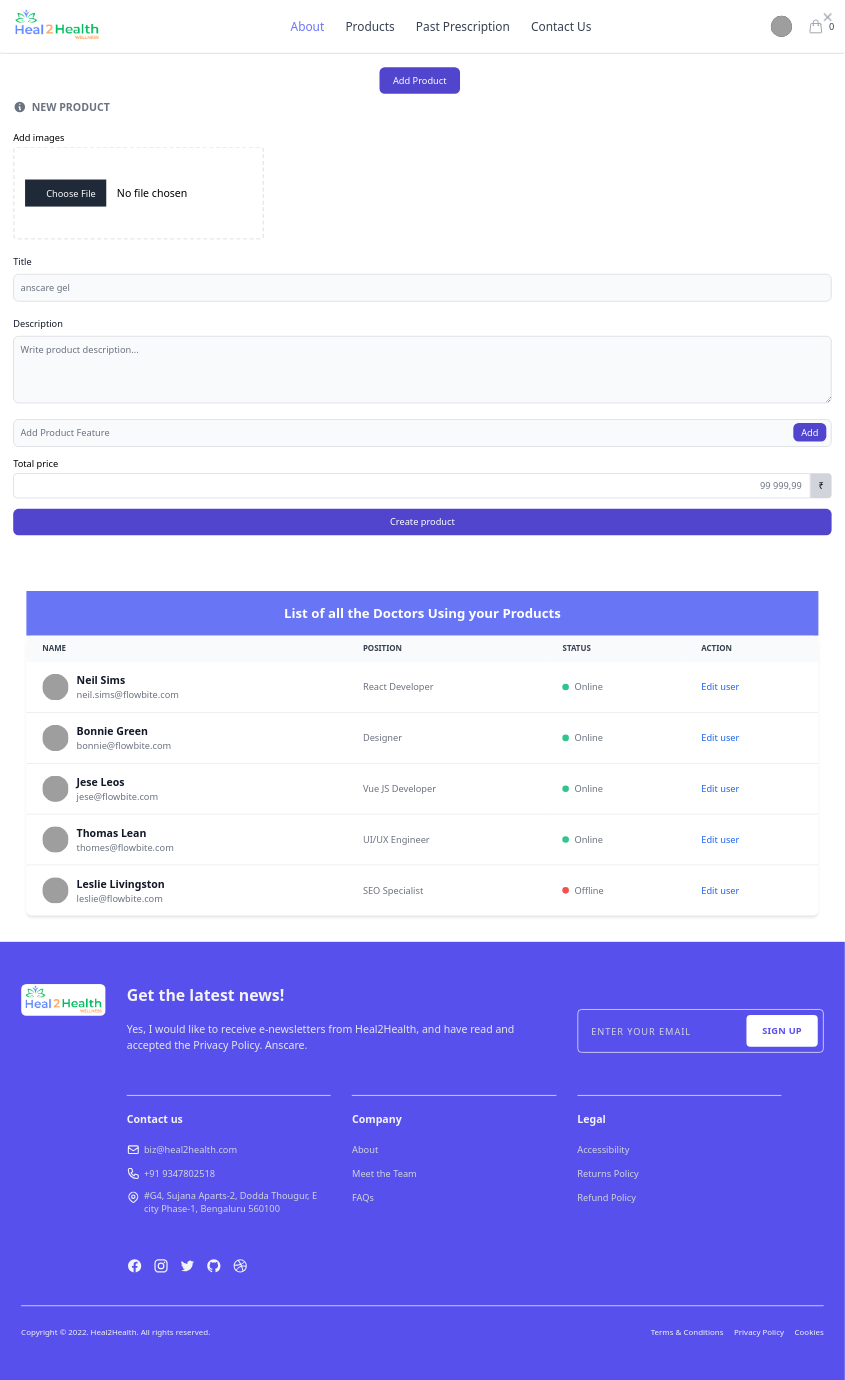
Repository: Akash123-coder/H2H
Page: /dealer (app in Frontend/)
The author's editor kept a copy of each file at every save. The page is drawn from the files as they stood at one save, then again after the next save.
The browser window is 1280 px wide. The pictures show the whole page, at 66% of full size.
Pictures or frames that could not be fetched are drawn as grey boxes. The project was rebuilt for these pictures with package versions that can differ from the ones it lists, and the page was loaded fresh each time. Also part of the build but not shown: Frontend/vite.config.ts, Frontend/src/pages/About.tsx, Frontend/src/components/Cta.jsx, Frontend/src/pages/Home.jsx, Frontend/src/components/Product.tsx, Frontend/src/components/Select.jsx, Frontend/src/components/CompanySelect.jsx, Frontend/src/pages/Prescription.jsx and 7 more.

Above is the page before, as saved 2022-10-12 17:23:08.

### Frontend/index.html
<!DOCTYPE html>
<html lang="en">
  <head>
    <meta charset="UTF-8" />
    <link rel="icon" type="image/svg+xml" href="/vite.svg" />
    <meta name="viewport" content="width=device-width, initial-scale=1.0" />
    <title>Heal2Health</title>
  </head>
  <body>
    <div id="root"></div>
    <script type="module" src="/src/main.tsx"></script>
  </body>
</html>

### Frontend/src/main.tsx
import React from 'react'
import ReactDOM from 'react-dom/client'
import App from './App'
import './index.css'
import {BrowserRouter} from 'react-router-dom'

ReactDOM.createRoot(document.getElementById('root') as HTMLElement).render(
  <React.StrictMode>
    <BrowserRouter>
    <App />
    </BrowserRouter>
  </React.StrictMode>
)

### Frontend/src/App.jsx
import { Routes, Route } from "react-router-dom";
import Navbar from "./components/Navbar.jsx";
import { ShoppingCartProvider } from "./context/ShoppingCartContext";
import About from "./pages/About";
import Home from "./pages/Home";
import Prescription from "./pages/Prescription";
import SignUp from "./pages/SignUp";
import Footer from "./components/Footer";
import Login from "./pages/Login";
import PastPrescription from "./pages/PastPrescription.jsx";

import ProductPage from "./pages/ProductPage.jsx";
import DealerPage from "./pages/DealerPage.jsx";

function App() {
  return (
    <ShoppingCartProvider>
      <Navbar />
      <Routes>
        <Route path="/" element={<Home />} />
        <Route path="/prescription" element={<Prescription />} />
        <Route path="/about" element={<About />} />
        <Route path="/login" element={<Login />} />
        <Route path="/SignUp" element={<SignUp />} />
        <Route path="/pastprescription" element={<PastPrescription />} />
        <Route path="/ProductPage" element={<ProductPage />} />
        <Route path="/dealer" element={<DealerPage />} />
        {/* <Route path="/SignUp" element={<CompanyNameSelect />} /> */}
      </Routes>
      <Footer />
    </ShoppingCartProvider>
  );
}

export default App;

### Frontend/src/context/ShoppingCartContext.tsx
import {useContext ,useState, createContext ,ReactNode} from 'react'

const ShoppingCartContext = createContext({})

type ShoppingCartProviderProps ={
    children: ReactNode
}
type CartItem = {
    id: number
    quantity:number
}


type ShoppingCartContext ={
    CartQuantity:number
    CartItems:CartItem[]
    getItemQuantity:(id: number) => number
    increaseItemQuantity:(id: number) => void
    decreaseItemQuantity:(id: number) => void
    removeFromCart:(id: number) => void
}

export function useShoppingCart() {
  return ( useContext(ShoppingCartContext)
  )
}

export function ShoppingCartProvider({children}:ShoppingCartProviderProps){
    const [cartItems ,setCartItems] = useState<CartItem>([]);

    const CartQuantity = cartItems.reduce(
        (quantity ,item) => item.quantity + quantity,0
    )

    function getItemQuantity(id : number){
        return cartItems.find( item => item.id === id)?.quantity || 0
    }
    function increaseItemQuantity(id : number){
         setCartItems(currItems =>{
            if(currItems.find(item => item.id === id)==null){
                return [...currItems, {id , quantity : 1}]

            } else {
                return currItems.map(item =>{
                    if(item.id === id ){
                        return {...item ,quantity: item.quantity + 1}
                    }else{
                        return item
                    }
                })
            }
         })
    }
    function decreaseItemQuantity(id: number) {
        setCartItems(currItems => {
          if (currItems.find(item => item.id === id)?.quantity === 1) {
            return currItems.filter(item => item.id !== id)
          } else {
            return currItems.map(item => {
              if (item.id === id) {
                return { ...item, quantity: item.quantity - 1 }
              } else {
                return item
              }
            })
          }
        })
      }
    function removeFromCart(id : number){
        setCartItems(currItems =>{
            return currItems.filter(item =>item.id!==id)
        })
    }
    return (

        <ShoppingCartContext.Provider value = {{getItemQuantity,increaseItemQuantity,decreaseItemQuantity ,removeFromCart,cartItems,CartQuantity}}>
            {children}
        </ShoppingCartContext.Provider>
    )
}

### Frontend/src/pages/DealerPage.jsx
import React from 'react'
import DealerAddProduct from '../components/DealerAddProduct'
import List from '../components/List'

function DealerPage() {
  return (
    <div>
      <div className="p-5 w-full flex ">
        <div className="flex-1">
          <DealerAddProduct />
        </div>
      </div>
      <div className="p-10 ">
        <List />
      </div>
    </div>
  );
}

export default DealerPage

### Frontend/src/components/DealerAddProduct.jsx
import React from 'react'

function DealerAddProduct() {
  return (
    <div>

{/* <!-- drawer init and show --> */}
<div class="text-center">
   <button class="text-white bg-indigo-700 hover:bg-indigo-800 focus:ring-4 focus:ring-indigo-300 font-medium rounded-lg text-sm px-5 py-2.5 mr-2 mb-2 dark:bg-indigo-600 dark:hover:bg-indigo-700 focus:outline-none dark:focus:ring-indigo-800" type="button" data-drawer-target="drawer-form" data-drawer-show="drawer-form" aria-controls="drawer-form">
   Add Product
   </button>
</div>
{/*
<!-- drawer component --> */}
<div id="drawer-form" class="fixed z-40 h-screen p-4 overflow-y-auto bg-white w-80 dark:bg-gray-800 transition-transform left-0 top-0 -translate-x-full" tabindex="-1" aria-labelledby="drawer-form-label" aria-hidden="true"/>
   <h5 id="drawer-label" class="inline-flex items-center mb-6 text-base font-semibold text-gray-500 uppercase dark:text-gray-400"><svg class="w-5 h-5 mr-2" aria-hidden="true" fill="currentColor" viewBox="0 0 20 20" xmlns="http://www.w3.org/2000/svg"><path fill-rule="evenodd" d="M18 10a8 8 0 11-16 0 8 8 0 0116 0zm-7-4a1 1 0 11-2 0 1 1 0 012 0zM9 9a1 1 0 000 2v3a1 1 0 001 1h1a1 1 0 100-2v-3a1 1 0 00-1-1H9z" clip-rule="evenodd"></path></svg>New Product</h5>
   <button type="button" data-drawer-dismiss="drawer-form" aria-controls="drawer-form" class="text-gray-400 bg-transparent hover:bg-gray-200 hover:text-gray-900 rounded-lg text-sm p-1.5 absolute top-2.5 right-2.5 inline-flex items-center dark:hover:bg-gray-600 dark:hover:text-white">
      <svg aria-hidden="true" class="w-5 h-5" fill="currentColor" viewBox="0 0 20 20" xmlns="http://www.w3.org/2000/svg"><path fill-rule="evenodd" d="M4.293 4.293a1 1 0 011.414 0L10 8.586l4.293-4.293a1 1 0 111.414 1.414L11.414 10l4.293 4.293a1 1 0 01-1.414 1.414L10 11.414l-4.293 4.293a1 1 0 01-1.414-1.414L8.586 10 4.293 5.707a1 1 0 010-1.414z" clip-rule="evenodd"></path></svg>
      <span class="sr-only">Close menu</span>
   </button>
   <form action="#" class="mb-6">
    <div class="relative mb-6">
         <fieldset className="w-full space-y-1 dark:text-gray-100">
	<label for="files" className="block text-sm font-medium">Add images</label>
	<div className="flex">
		<input type="file" name="files" id="files" className="px-8 py-12 border-2 border-dashed rounded-md dark:border-gray-700 dark:text-gray-400 dark:bg-gray-800" />
	</div>
</fieldset>
      </div>
      <div class="mb-6">
         <label for="title" class="block mb-2 text-sm font-medium text-gray-900 dark:text-gray-300">Title</label>
         <input type="text" id="title" class="bg-gray-50 border border-gray-300 text-gray-900 text-sm rounded-lg focus:ring-indigo-500 focus:border-indigo-500 block w-full p-2.5 dark:bg-gray-700 dark:border-gray-600 dark:placeholder-gray-400 dark:text-white dark:focus:ring-indigo-500 dark:focus:border-indigo-500" placeholder="anscare gel" required=""/>
      </div>
      <div class="mb-6">
         <label for="description" class="block mb-2 text-sm font-medium text-gray-900 dark:text-gray-400">Description</label>
         <textarea id="description" rows="4" class="block p-2.5 w-full text-sm text-gray-900 bg-gray-50 rounded-lg border border-gray-300 focus:ring-indigo-500 focus:border-indigo-500 dark:bg-gray-700 dark:border-gray-600 dark:placeholder-gray-400 dark:text-white dark:focus:ring-indigo-500 dark:focus:border-indigo-500" placeholder="Write product description..."></textarea>
      </div>

      <div class="mb-4">

         <div class="relative">
            <input type="search" id="guests" class="block p-2.5 w-full text-sm text-gray-900 bg-gray-50 rounded-lg border border-gray-300 focus:ring-indigo-500 focus:border-indigo-500 dark:bg-gray-700 dark:border-gray-600 dark:placeholder-gray-400 dark:text-white dark:focus:ring-indigo-500 dark:focus:border-indigo-500" placeholder="Add Product Feature" required=""/>
            <button type="button" class="absolute inline-flex items-center px-3 py-1 text-sm font-medium text-white bg-indigo-700 rounded-lg right-2 bottom-2 hover:bg-indigo-800 focus:ring-4 focus:outline-none focus:ring-indigo-300 dark:bg-indigo-600 dark:hover:bg-indigo-700 dark:focus:ring-indigo-800">Add</button>
         </div>
      </div>
      <div className="mb-4">
        <fieldset className="w-full space-y-1 dark:text-gray-100">
	<label for="price" className="block text-sm font-medium">Total price</label>
	<div className="flex">
		<input type="text" name="price" id="price" placeholder="99 999,99" className="flex flex-1 text-right border sm:text-sm rounded-l-md focus:ring-inset border-gray-300 dark:text-gray-100 dark:bg-gray-800 focus:ring-violet-400" />
		<span className="flex items-center px-3 pointer-events-none sm:text-sm rounded-r-md bg-gray-300">₹</span>
	</div>
</fieldset>
      </div>
      <button type="submit" class="text-white justify-center flex items-center bg-indigo-700 hover:bg-indigo-800 w-full focus:ring-4 focus:ring-indigo-300 font-medium rounded-lg text-sm px-5 py-2.5 mr-2 mb-2 dark:bg-indigo-600 dark:hover:bg-indigo-700 focus:outline-none dark:focus:ring-indigo-800"> Create product</button>
   </form>
</div>

  )
}

export default DealerAddProduct

### Frontend/src/components/List.jsx
import React from 'react'

function List() {
  return (
    <div>

    <div className="p-5 w-full sticky overflow-x-auto text-center text-white bg-indigo-500 text-xl font-bold">
        <p>List of all the Doctors Using your Products</p>
    </div>
<div className="overflow-x-auto relative shadow-md sm:rounded-lg">
    <table className="w-full text-sm text-left text-gray-500 dark:text-gray-400">
        <thead className="text-xs text-gray-700 uppercase bg-gray-50 dark:bg-gray-700 dark:text-gray-400">
            <tr>
                <th scope="col" className="py-3 px-6">
                    Name
                </th>
                <th scope="col" className="py-3 px-6">
                    Position
                </th>
                <th scope="col" className="py-3 px-6">
                    Status
                </th>
                <th scope="col" className="py-3 px-6">
                    Action
                </th>
            </tr>
        </thead>
        <tbody>
            <tr className="bg-white border-b dark:bg-gray-800 dark:border-gray-700 hover:bg-gray-50 dark:hover:bg-gray-600">

                <th scope="row" className="flex items-center py-4 px-6 text-gray-900 whitespace-nowrap dark:text-white">
                    <img className="w-10 h-10 rounded-full" src="http://begmetobuyit.com/application/css/images/noImage.jpg" alt="Jese image"/>
                    <div className="pl-3">
                        <div className="text-base font-semibold">Neil Sims</div>
                        <div className="font-normal text-gray-500">neil.sims@flowbite.com</div>
                    </div>
                </th>
                <td className="py-4 px-6">
                    React Developer
                </td>
                <td className="py-4 px-6">
                    <div className="flex items-center">
                        <div className="h-2.5 w-2.5 rounded-full bg-green-400 mr-2"></div> Online
                    </div>
                </td>
                <td className="py-4 px-6">
                    <a href="#" className="font-medium text-blue-600 dark:text-blue-500 hover:underline">Edit user</a>
                </td>
            </tr>
            <tr className="bg-white border-b dark:bg-gray-800 dark:border-gray-700 hover:bg-gray-50 dark:hover:bg-gray-600">

                <th scope="row" className="flex items-center py-4 px-6 font-medium text-gray-900 whitespace-nowrap dark:text-white">
                    <img className="w-10 h-10 rounded-full" src="http://begmetobuyit.com/application/css/images/noImage.jpg" alt="Jese image"/>
                    <div className="pl-3">
                        <div className="text-base font-semibold">Bonnie Green</div>
                        <div className="font-normal text-gray-500">bonnie@flowbite.com</div>
                    </div>
                </th>
                <td className="py-4 px-6">
                    Designer
                </td>
                <td className="py-4 px-6">
                    <div className="flex items-center">
                        <div className="h-2.5 w-2.5 rounded-full bg-green-400 mr-2"></div> Online
                    </div>
                </td>
                <td className="py-4 px-6">
                    <a href="#" className="font-medium text-blue-600 dark:text-blue-500 hover:underline">Edit user</a>
                </td>
            </tr>
            <tr className="bg-white border-b dark:bg-gray-800 dark:border-gray-700 hover:bg-gray-50 dark:hover:bg-gray-600">

                <th scope="row" className="flex items-center py-4 px-6 font-medium text-gray-900 whitespace-nowrap dark:text-white">
                    <img className="w-10 h-10 rounded-full" src="http://begmetobuyit.com/application/css/images/noImage.jpg" alt="Jese image"/>
                    <div className="pl-3">
                        <div className="text-base font-semibold">Jese Leos</div>
                        <div className="font-normal text-gray-500">jese@flowbite.com</div>
                    </div>
                </th>
                <td className="py-4 px-6">
                    Vue JS Developer
                </td>
                <td className="py-4 px-6">
                    <div className="flex items-center">
                        <div className="h-2.5 w-2.5 rounded-full bg-green-400 mr-2"></div> Online
                    </div>
                </td>
                <td className="py-4 px-6">
                    <a href="#" className="font-medium text-blue-600 dark:text-blue-500 hover:underline">Edit user</a>
                </td>
            </tr>
            <tr className="bg-white border-b dark:bg-gray-800 dark:border-gray-700 hover:bg-gray-50 dark:hover:bg-gray-600">

                <th scope="row" className="flex items-center py-4 px-6 font-medium text-gray-900 whitespace-nowrap dark:text-white">
                    <img className="w-10 h-10 rounded-full" src="http://begmetobuyit.com/application/css/images/noImage.jpg" alt="Jese image"/>
                    <div className="pl-3">
                        <div className="text-base font-semibold">Thomas Lean</div>
                        <div className="font-normal text-gray-500">thomes@flowbite.com</div>
                    </div>
                </th>
                <td className="py-4 px-6">
                    UI/UX Engineer
                </td>
                <td className="py-4 px-6">
                    <div className="flex items-center">
                        <div className="h-2.5 w-2.5 rounded-full bg-green-400 mr-2"></div> Online
                    </div>
                </td>
                <td className="py-4 px-6">
                    <a href="#" className="font-medium text-blue-600 dark:text-blue-500 hover:underline">Edit user</a>
                </td>
            </tr>
            <tr className="bg-white dark:bg-gray-800 hover:bg-gray-50 dark:hover:bg-gray-600">

                <th scope="row" className="flex items-center py-4 px-6 font-medium text-gray-900 whitespace-nowrap dark:text-white">
                    <img className="w-10 h-10 rounded-full" src="http://begmetobuyit.com/application/css/images/noImage.jpg" alt="Jese image"/>
                    <div className="pl-3">
                        <div className="text-base font-semibold">Leslie Livingston</div>
                        <div className="font-normal text-gray-500">leslie@flowbite.com</div>
                    </div>
                </th>
                <td className="py-4 px-6">
                    SEO Specialist
                </td>
                <td className="py-4 px-6">
                    <div className="flex items-center">
                        <div className="h-2.5 w-2.5 rounded-full bg-red-500 mr-2"></div> Offline
                    </div>
                </td>
                <td className="py-4 px-6">
                    <a href="#" className="font-medium text-blue-600 dark:text-blue-500 hover:underline">Edit user</a>
                </td>
            </tr>
        </tbody>
    </table>
</div>

    </div>
  )
}

export default List

### Frontend/tailwind.config.cjs
/** @type {import('tailwindcss').Config} */
module.exports = {
  content: [
    "./src/**/*.{js,jsx,ts,tsx}",
    "node_modules/flowbite-react/**/*.{js,jsx,ts,tsx}",
  ],
  theme: {
    extend: {},
  },
  plugins: [require("flowbite/plugin"), require("@tailwindcss/forms")],
};

Loaded but not shown: Frontend/src/index.css (common file); Frontend/src/components/Footer.jsx (300 lines, source omitted); Frontend/src/pages/Cart.jsx (227 lines, source omitted); Frontend/src/components/Navbar.jsx (181 lines, source omitted)

After the next save:
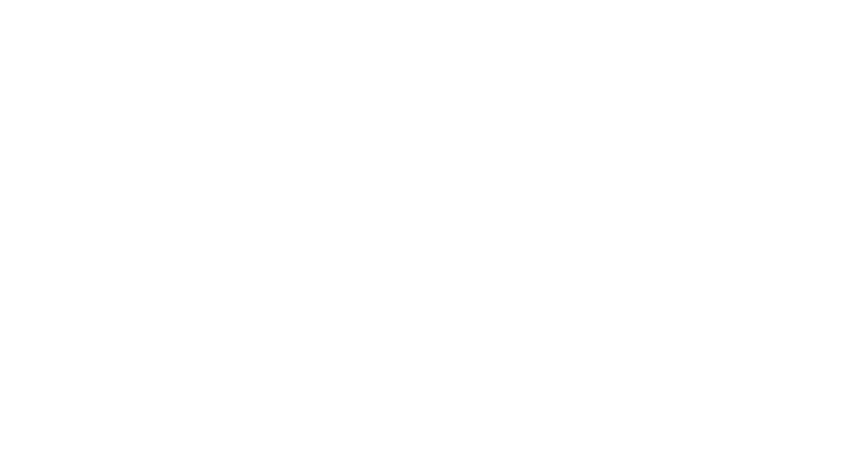
Console error: ReferenceError: useState is not defined
Saved 7 min 49 s later.
--- a/Frontend/src/pages/DealerPage.jsx
+++ b/Frontend/src/pages/DealerPage.jsx
@@ -3,12 +3,22 @@
 import List from '../components/List'
 
 function DealerPage() {
+  const [Clicked, setClicked] = useState(false)
   return (
     <div>
       <div className="p-5 w-full flex ">
-        <div className="flex-1">
-          <DealerAddProduct />
-        </div>
+        {Clicked ? (
+          <div className="flex-1">
+            <DealerAddProduct />
+          </div>
+        ) : (
+          <button
+            class="text-white bg-indigo-700 hover:bg-indigo-800 focus:ring-4 focus:ring-indigo-300 font-medium rounded-lg text-sm px-5 py-2.5 mr-2 mb-2 dark:bg-indigo-600 dark:hover:bg-indigo-700 focus:outline-none dark:focus:ring-indigo-800"
+            type="button"
+          >
+            Add Product
+          </button>
+        )}
       </div>
       <div className="p-10 ">
         <List />

After the 4 saves that followed:
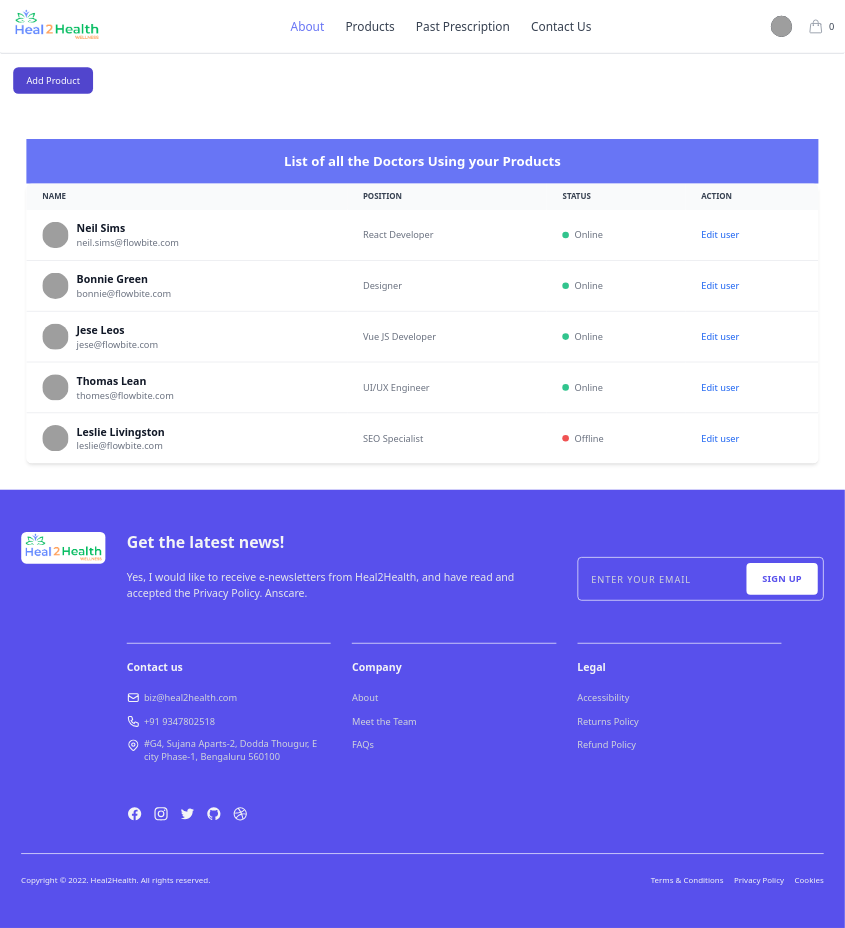
The error is gone.
The 4 saves are shown as one change because 3 left the picture as it was.
The last was saved 3 min 23 s later.
--- a/Frontend/src/pages/DealerPage.jsx
+++ b/Frontend/src/pages/DealerPage.jsx
@@ -1,9 +1,14 @@
 import React from 'react'
 import DealerAddProduct from '../components/DealerAddProduct'
 import List from '../components/List'
+import { useState } from 'react'
 
 function DealerPage() {
   const [Clicked, setClicked] = useState(false)
+  const HandleClick =()=>{
+
+  }
+
   return (
     <div>
       <div className="p-5 w-full flex ">
@@ -13,6 +18,7 @@
           </div>
         ) : (
           <button
+          onClick={()=>setClicked(!true)}
             class="text-white bg-indigo-700 hover:bg-indigo-800 focus:ring-4 focus:ring-indigo-300 font-medium rounded-lg text-sm px-5 py-2.5 mr-2 mb-2 dark:bg-indigo-600 dark:hover:bg-indigo-700 focus:outline-none dark:focus:ring-indigo-800"
             type="button"
           >
